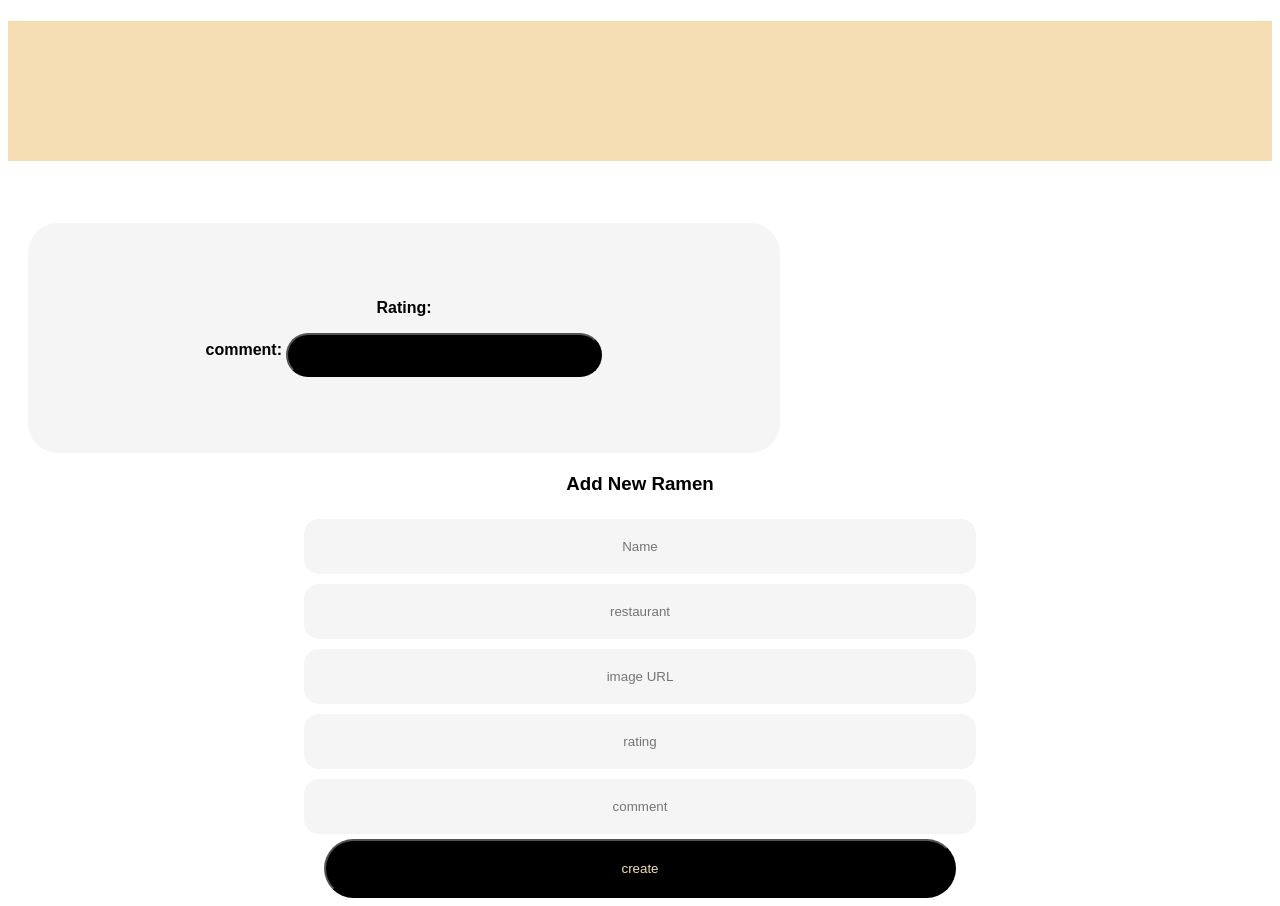
Repository: travinne/travthegr88
Page: code/ramen-rating-app/index.html
The author's editor kept a copy of each file at every save. The page is drawn from the files as they stood at one save, then again after the next save.
The browser window is 1280 px wide. The pictures show the whole page.

Above is the page before, as saved 2025-03-19 12:29:43.

After the next save:
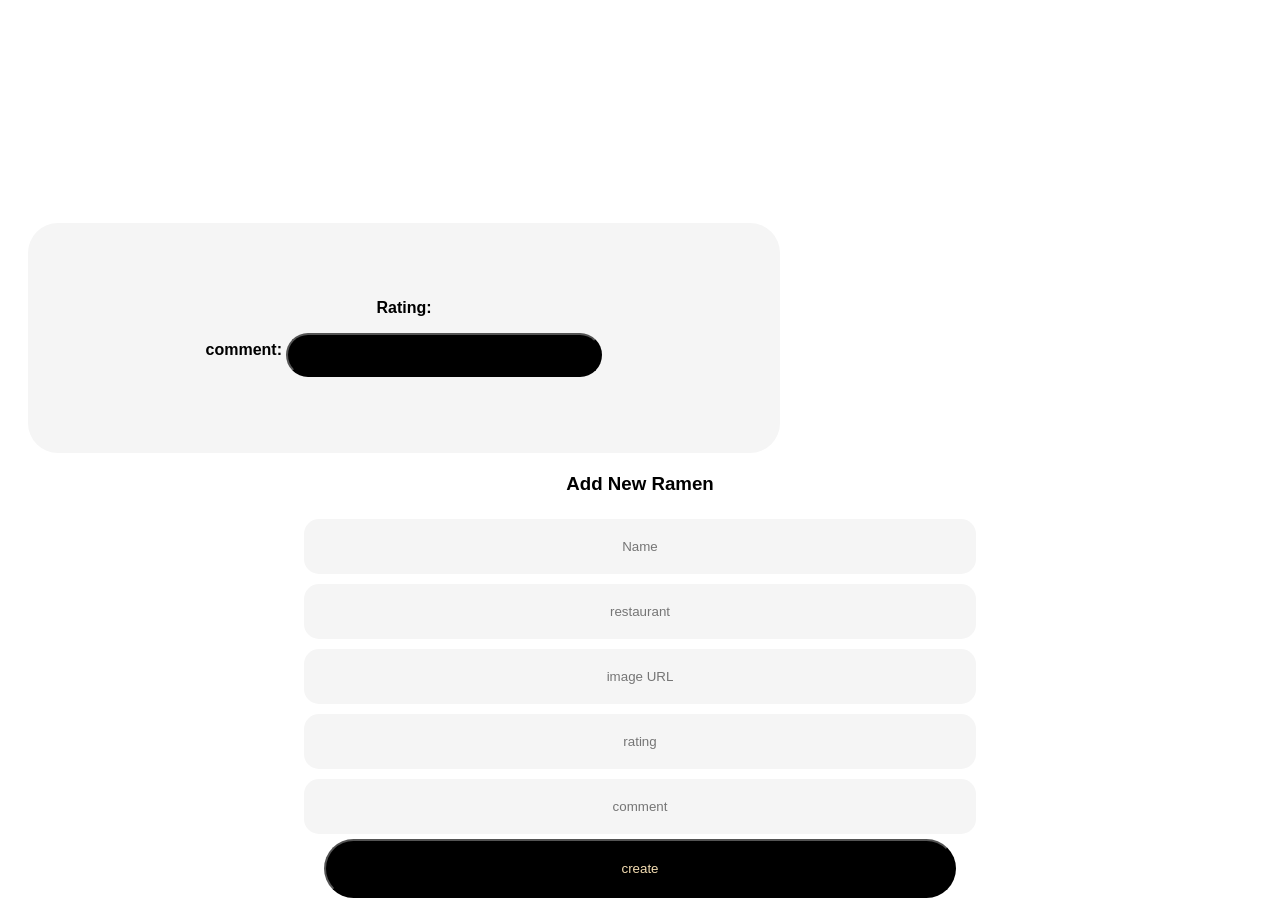
Saved 58 min 30 s later.
--- a/code/ramen-rating-app/style.css
+++ b/code/ramen-rating-app/style.css
@@ -6,7 +6,7 @@
 }
 
 h1 {
-   background:wheat;
+   background:;
    color:black;
    padding: 70px;
 }

After the save that followed:
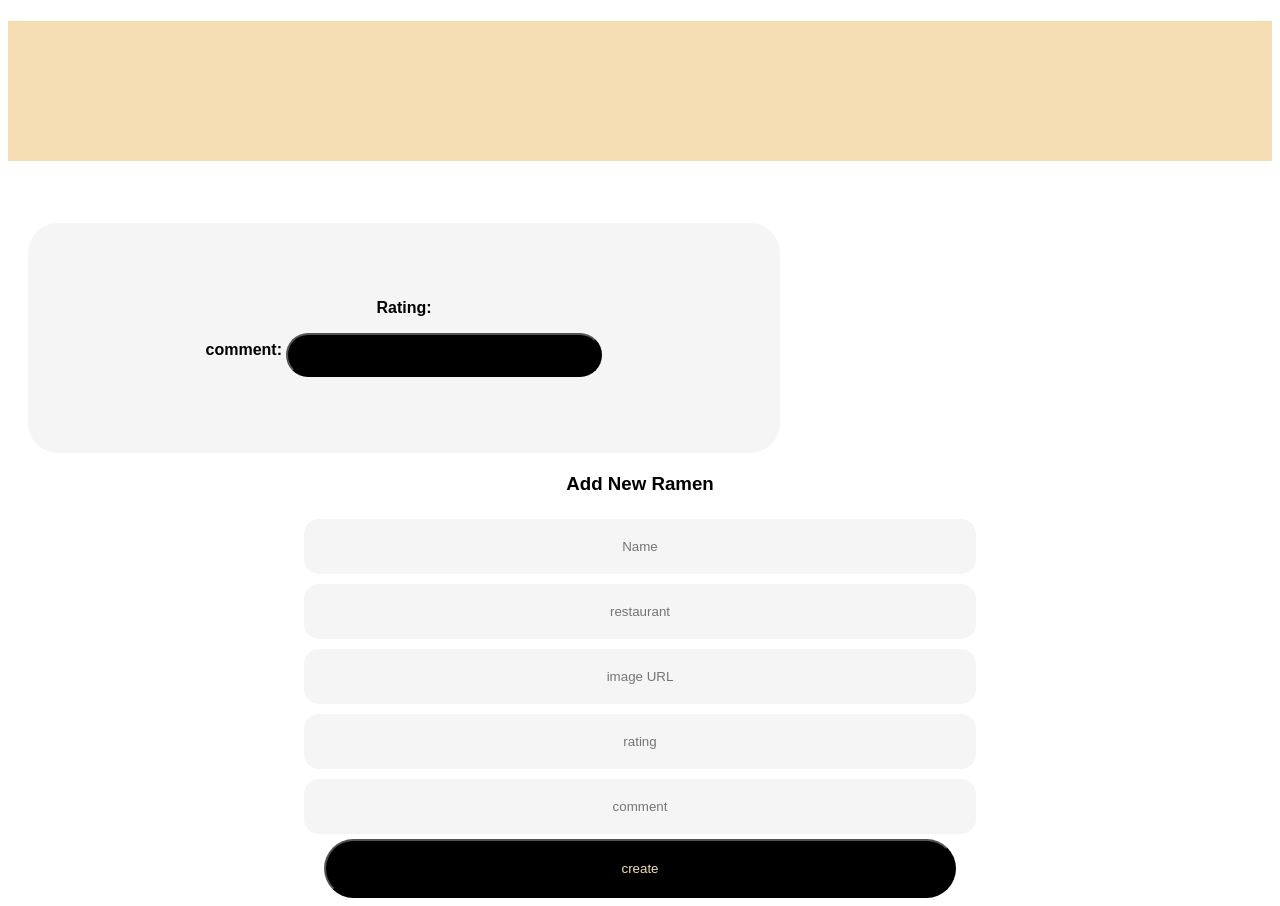
Saved 16 s later.
--- a/code/ramen-rating-app/style.css
+++ b/code/ramen-rating-app/style.css
@@ -6,7 +6,7 @@
 }
 
 h1 {
-   background:;
+   background:wheat;
    color:black;
    padding: 70px;
 }
